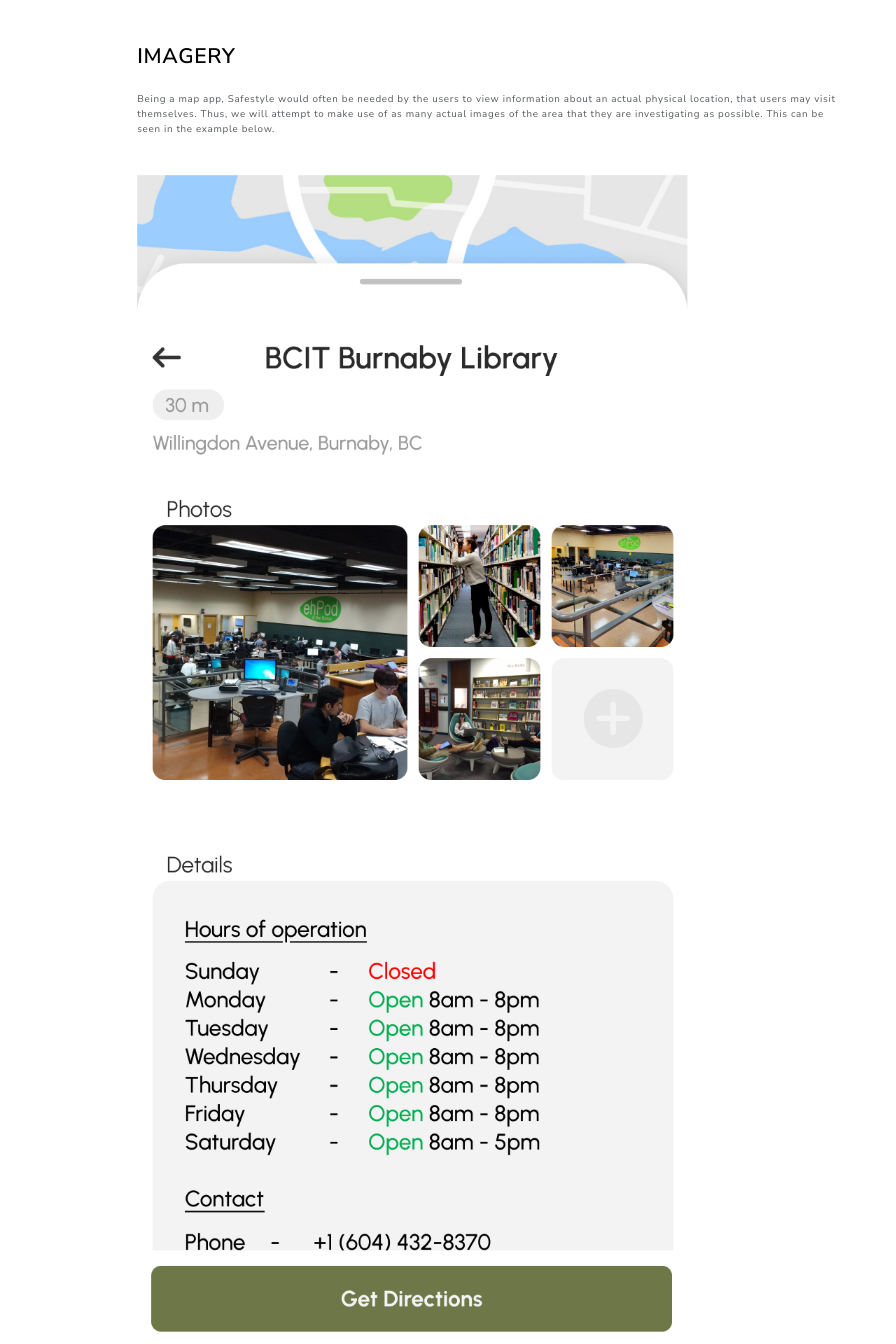
Repository: Aladdin3r/safecycle-styleguide
Page: /
The author's editor kept a copy of each file at every save. The page is drawn from the files as they stood at one save, then again after the next save.
The browser window is 1280 px wide. The pictures show the part of the page from y = 3676 to 5596 px (the page is 5760 px tall before and 5766 px after), at 70% of full size.
The project was rebuilt for these pictures with package versions that can differ from the ones it lists, and the page was loaded fresh each time. The framework's server and built-in components were replaced by stand-ins that run in the browser. Also part of the build but not shown: next.config.mjs.

Above is the page before, as saved 2024-04-09 22:48:05.

After the next save:
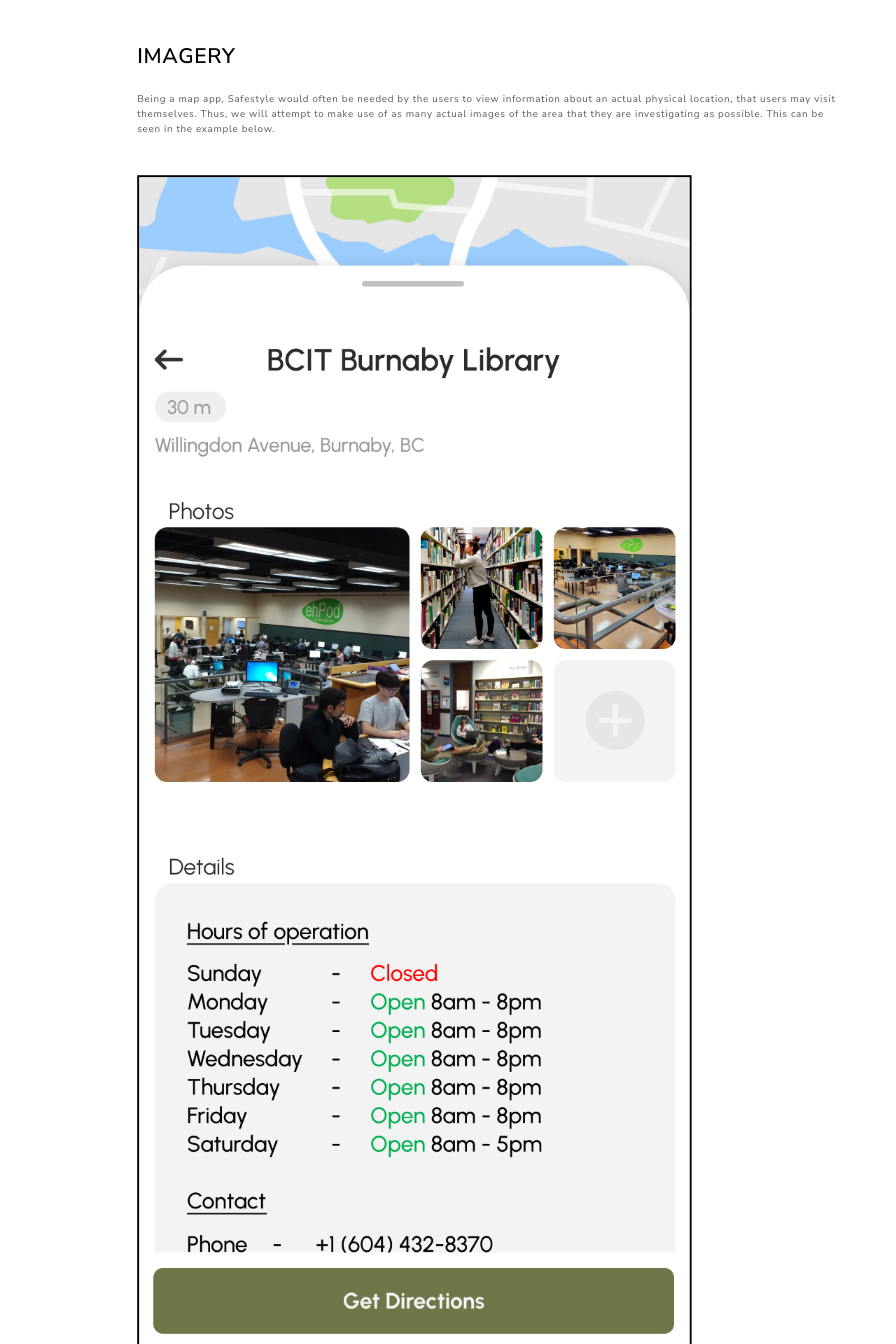
Saved 21 s later.
--- a/styles/Home.module.css
+++ b/styles/Home.module.css
@@ -119,4 +119,5 @@
   margin-top: 2em;
     /* margin-left: -14em; */
     margin-left: 10%;
+    border: solid black;
 }
